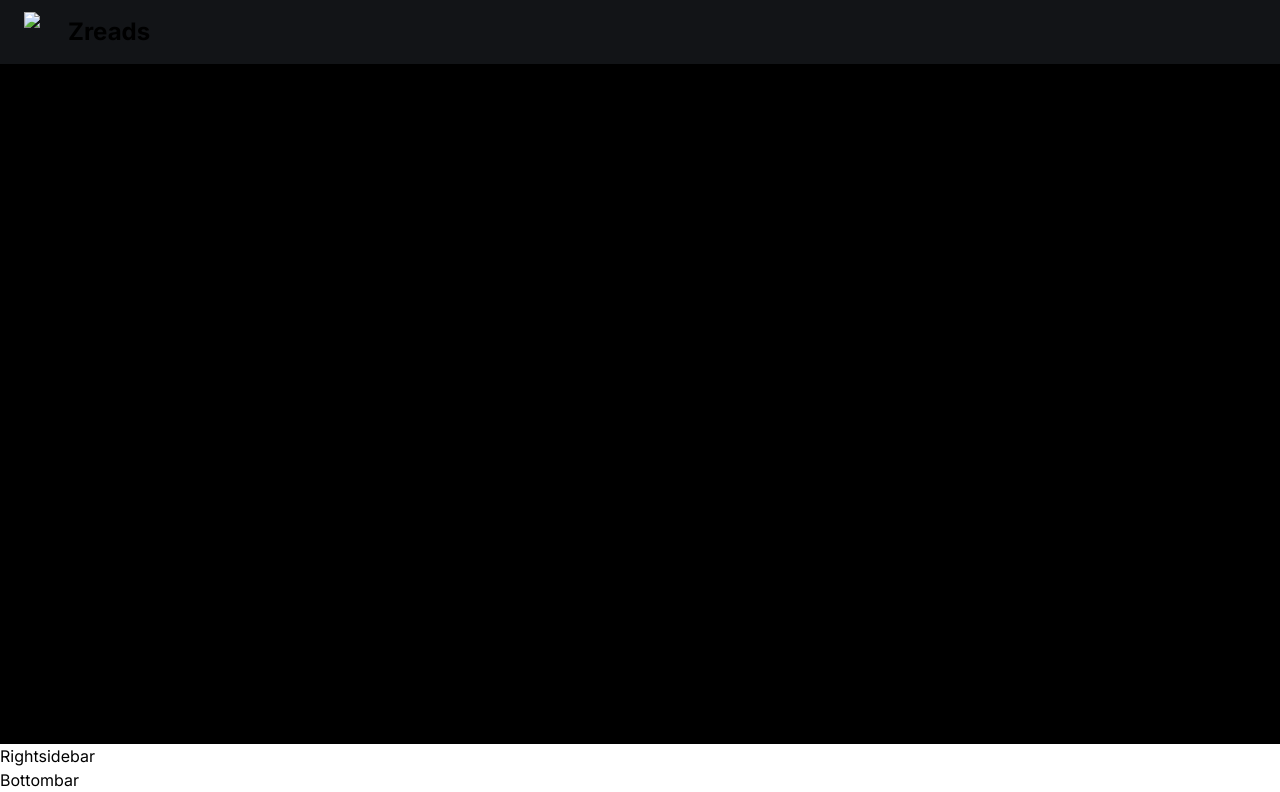
Repository: zecht12/zreads
Page: /
An editor plug-in stored every save of this project. The page is shown before and after a run of saves, followed by the edit.
The browser window is 1280 px wide. The pictures show the whole page.
The page's requests for data from a server got no answer. The project was rebuilt for these pictures with package versions that can differ from the ones it lists, and the page was loaded fresh each time. Some packages were replaced by stand-ins written for this rebuild. The framework's server and built-in components were replaced by stand-ins that run in the browser. No one was signed in, and anything a server would have sent is missing. Also part of the build but not shown: next.config.js.

Above is the page before, as saved 2023-09-23 09:34:22.

### app/layout.tsx
import './globals.css'
import type { Metadata } from 'next'
import { Inter } from 'next/font/google'

const inter = Inter({ subsets: ['latin'] })

export const metadata: Metadata = {
  title: 'Zreads',
  description: 'Makes day all out',
}

export default function RootLayout({
  children,
}: {
  children: React.ReactNode
}) {
  return (
    <html lang="en">
      <head>
        <link rel="icon"  href="/assets/logo.png" sizes="any" />
      </head>
      <body className={inter.className}>
        {children}
      </body>
    </html>
  )
}

### app/(root)/layout.tsx
import React from "react";
import type { Metadata } from "next";
import { Inter } from "next/font/google";
import { ClerkProvider } from "@clerk/nextjs";
import { dark } from "@clerk/themes";
import "../globals.css";
import Topbar from "@/components/shared/Topbar";
import Leftsidebar from "@/components/shared/Leftsidebar";
import Rightsidebar from "@/components/shared/Rightsidebar";
import Bottombar from "@/components/shared/Bottombar";

const inter = Inter({ subsets: ["latin"] });

export const metadata: Metadata = {
  title: "Zreads",
  description: "Make day all out",
};

export default function RootLayout({
  children,
}: {
  children: React.ReactNode;
}) {
  return (
    <ClerkProvider
      appearance={{
        baseTheme: dark,
      }}
    >
      <html lang='en'>
        <body className={inter.className}>
          <Topbar/>
          <main>
            <Leftsidebar/>
            <section className="main-container">
              <div className="w-full max-w-4xl">
                {children}
              </div>
            </section>
            <Rightsidebar/>
          </main>
          <Bottombar/>
        </body>
      </html>
    </ClerkProvider>
  );
}

### app/(root)/page.tsx
import { UserButton } from "@clerk/nextjs";

export default function Home() {
  return (
    <div>
      <UserButton afterSignOutUrl="/"/>
    </div>
  )
}

### app/globals.css
    @tailwind base;
    @tailwind components;
    @tailwind utilities;

    @layer components {
    .main-container {
        @apply flex min-h-screen flex-1 flex-col items-center bg-dark-1 px-6 pb-10 pt-28 md:pb-32 sm:px-10;
    }

    .head-text {
        @apply text-heading2-bold text-light-1;
    }

    .activity-card {
        @apply flex items-center gap-2 rounded-md bg-dark-2 px-7 py-4;
    }

    .no-result {
        @apply text-center !text-base-regular text-light-3;
    }

    .community-card {
        @apply w-full rounded-lg bg-dark-3 px-4 py-5 sm:w-96;
    }

    .community-card_btn {
        @apply rounded-lg bg-primary-500 px-5 py-1.5 text-small-regular !text-light-1 !important;
    }

    .thread-card_bar {
        @apply relative mt-2 w-0.5 grow rounded-full bg-neutral-800;
    }

    .user-card {
        @apply flex flex-col justify-between gap-4 max-xs:rounded-xl max-xs:bg-dark-3 max-xs:p-4 xs:flex-row xs:items-center;
    }

    .user-card_avatar {
        @apply flex flex-1 items-start justify-start gap-3 xs:items-center;
    }

    .user-card_btn {
        @apply h-auto min-w-[74px] rounded-lg bg-primary-500 text-[12px] text-light-1 !important;
    }

    .searchbar {
        @apply flex gap-1 rounded-lg bg-dark-3 px-4 py-2;
    }

    .searchbar_input {
        @apply border-none bg-dark-3 text-base-regular text-light-4 outline-none !important;
    }

    .topbar {
        @apply fixed top-0 z-30 flex w-full items-center justify-between bg-dark-2 px-6 py-3;
    }

    .bottombar {
        @apply fixed bottom-0 z-10 w-full rounded-t-3xl bg-glassmorphism p-4 backdrop-blur-lg xs:px-7 md:hidden;
    }

    .bottombar_container {
        @apply flex items-center justify-between gap-3 xs:gap-5;
    }

    .bottombar_link {
        @apply relative flex flex-col items-center gap-2 rounded-lg p-2 sm:flex-1 sm:px-2 sm:py-2.5;
    }

    .leftsidebar {
        @apply sticky left-0 top-0 z-20 flex h-screen w-fit flex-col justify-between overflow-auto border-r border-r-dark-4 bg-dark-2 pb-5 pt-28 max-md:hidden;
    }

    .leftsidebar_link {
        @apply relative flex justify-start gap-4 rounded-lg p-4;
    }

    .pagination {
        @apply mt-10 flex w-full items-center justify-center gap-5;
    }

    .rightsidebar {
        @apply sticky right-0 top-0 z-20 flex h-screen w-fit flex-col justify-between gap-12 overflow-auto border-l border-l-dark-4 bg-dark-2 px-10 pb-6 pt-28 max-xl:hidden;
    }
    }

    @layer utilities {
    .css-invert {
        @apply invert-[50%] brightness-200;
    }

    .custom-scrollbar::-webkit-scrollbar {
        width: 3px;
        height: 3px;
        border-radius: 2px;
    }

    .custom-scrollbar::-webkit-scrollbar-track {
        background: #09090a;
    }

    .custom-scrollbar::-webkit-scrollbar-thumb {
        background: #5c5c7b;
        border-radius: 50px;
    }

    .custom-scrollbar::-webkit-scrollbar-thumb:hover {
        background: #7878a3;
    }
    }

    /* Clerk Responsive fix */
    .cl-organizationSwitcherTrigger .cl-userPreview .cl-userPreviewTextContainer {
    @apply max-sm:hidden;
    }

    .cl-organizationSwitcherTrigger
    .cl-organizationPreview
    .cl-organizationPreviewTextContainer {
    @apply max-sm:hidden;
    }

    /* Shadcn Component Styles */

    /* Tab */
    .tab {
    @apply flex min-h-[50px] flex-1 items-center gap-3 bg-dark-2 text-light-2 data-[state=active]:bg-[#0e0e12] data-[state=active]:text-light-2 !important;
    }

    .no-focus {
    @apply focus-visible:ring-0 focus-visible:ring-transparent focus-visible:ring-offset-0 !important;
    }

    /* Account Profile  */
    .account-form_image-label {
    @apply flex h-24 w-24 items-center justify-center rounded-full bg-dark-4 !important;
    }

    .account-form_image-input {
    @apply cursor-pointer border-none bg-transparent outline-none file:text-blue !important;
    }

    .account-form_input {
    @apply border border-dark-4 bg-dark-3 text-light-1 !important;
    }

    /* Comment Form */
    .comment-form {
    @apply mt-10 flex items-center gap-4 border-y border-y-dark-4 py-5 max-xs:flex-col !important;
    }

    .comment-form_btn {
    @apply rounded-3xl bg-primary-500 px-8 py-2 !text-small-regular text-light-1 max-xs:w-full !important;
    }

### components/shared/Topbar.tsx
import Image from 'next/image'
import Link from 'next/link'
import React from 'react'

export default function Topbar() {
    return (
        <nav className='topbar'>
            <Link href="" className='flex gap-4 items-center'>
                <Image src="" alt='Image' width={28} height={28} />
                <p className='text-heading3-bold'>Zreads</p>
            </Link>
        </nav>
    )
}

### components/shared/Leftsidebar.tsx
import React from 'react'

export default function Leftsidebar() {
    return (
        <div>Leftsidebar</div>
    )
}

### components/shared/Rightsidebar.tsx
import React from 'react'

export default function Rightsidebar() {
    return (
        <div>Rightsidebar</div>
    )
}

### components/shared/Bottombar.tsx
import React from 'react'

export default function Bottombar() {
    return (
        <div>Bottombar</div>
    )
}

Loaded but not shown: tailwind.config.ts (common file)

After the next 3 saves:
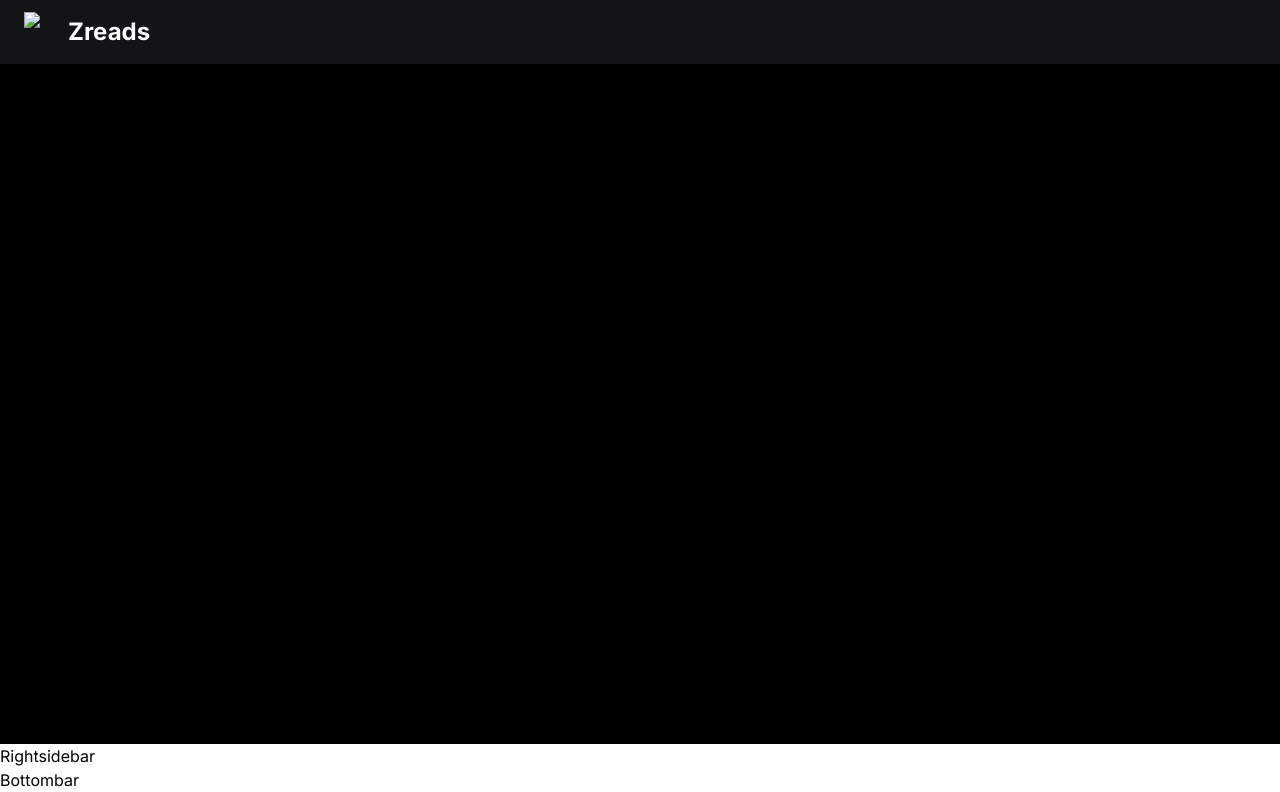
The 3 saves are shown as one change because they came seconds apart.
The last was saved 33 s later.
--- a/components/shared/Topbar.tsx
+++ b/components/shared/Topbar.tsx
@@ -7,7 +7,7 @@
         <nav className='topbar'>
             <Link href="" className='flex gap-4 items-center'>
                 <Image src="" alt='Image' width={28} height={28} />
-                <p className='text-heading3-bold'>Zreads</p>
+                <p className='text-heading3-bold text-light-1'>Zreads</p>
             </Link>
         </nav>
     )
